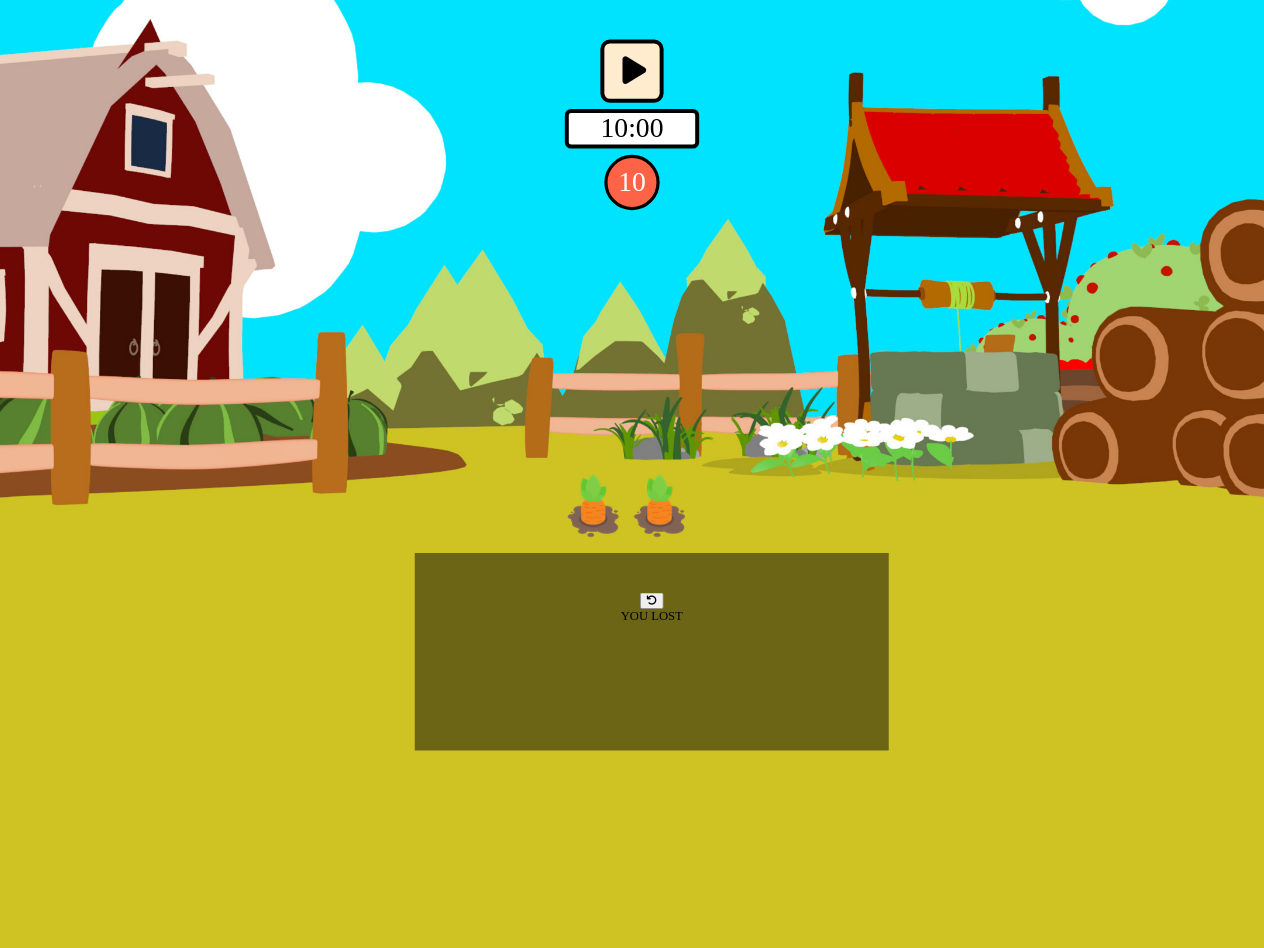
Repository: keehoonjung/Bug-Game
Page: index.html
An editor plug-in stored every save of this project. The page is shown before and after the next save, followed by the edit.
The browser window is 1280 px wide. The page is 1600 px wide, so the pictures cover 1600 px, including what lies to the right of the window. The pictures show the whole page, at 79% of full size.
Some web libraries are served in a nearby version.

Above is the page before, as saved 2021-08-10 11:09:32.

### index.html
<!DOCTYPE html>
<html lang="en">
<head>
    <meta charset="UTF-8">
    <meta http-equiv="X-UA-Compatible" content="IE=edge">
    <meta name="viewport" content="width=device-width, initial-scale=1.0">
    <title>Document</title>
    <link rel="stylesheet" href="style.css">
    <script src="main.js"></script>
    <script src="https://kit.fontawesome.com/a7a8d59961.js" crossorigin="anonymous"></script>
</head>
<body>
    <section class="container">
        <section class="header">
            <button class="play__btn">
                <i class="fas fa-play"></i>
            </button>
            <div class="timer">
                10:00
            </div>
            <div class="count">10</div>
        </section>
        <section class="playground">
            <img src="./img/carrot.png" alt="carrot">
            <img src="./img/carrot.png" alt="carrot">
        </section>
        <div class="popup">
            <button class="retry__btn">
                <i class="fas fa-undo"></i>
            </button>
            <div class="message">YOU LOST</div>
        </div>
    </section>
</body>
</html>

### style.css
* {
  box-sizing: border-box;
}

body {
  margin: 0;
  text-align: center;
}

.container {
  background: center/ cover no-repeat url(/img/background.png);
  width: 1600px;
  height: 1200px;
  margin: auto;
}

.header {
  height: 600px;
  padding-top: 50px;
}

.play__btn {
  width: 80px;
  height: 80px;
  background-color: blanchedalmond;
  font-size: 40px;
  border: 5px solid black;
  border-radius: 12px;
  padding-left: 12px;
  margin-bottom: 8px;
}

.timer {
  margin: auto;
  width: 170px;
  height: 50px;
  border: 5px solid black;
  border-radius: 8px;
  font-size: 35px;
  background-color: white;
  margin-bottom: 8px;
}

.count {
  margin: auto;
  width: 70px;
  height: 70px;
  background-color: tomato;
  border: 4px solid black;
  border-radius: 50%;
  font-size: 35px;
  padding: 11px 0;
  color: white;
}

.playground {
  height: 600px;
  width: 100%;
}

.popup {
  position: absolute;
  top: 700px;
  left: 525px;
  width: 600px;
  height: 250px;
  background-color: rgba(9, 9, 9, 0.5);
  padding-top: 50px;
}

.retry__btn {
}

Loaded but not shown: main.js (no copy from this time; the picture is the same without it)

After the next save:
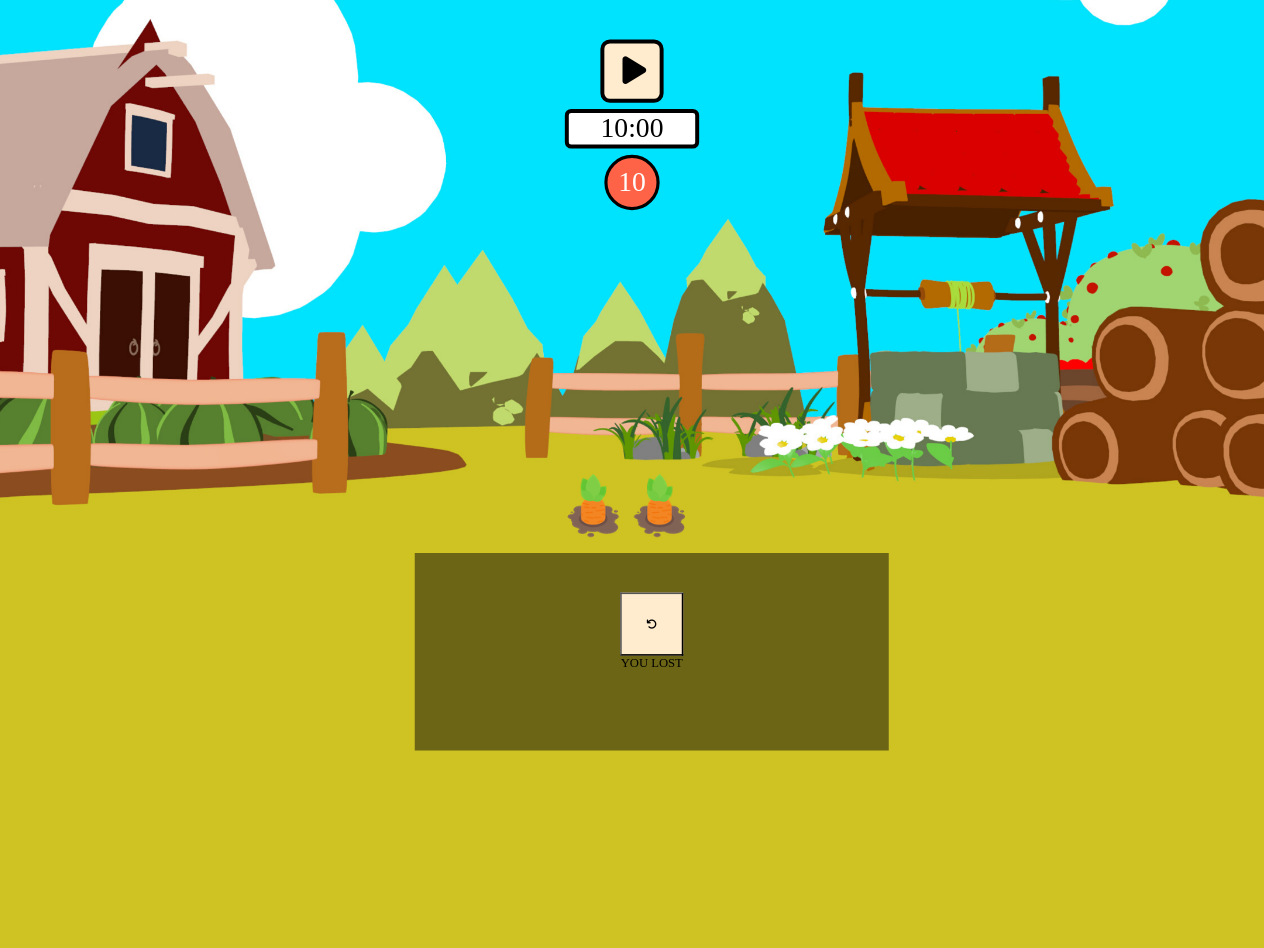
Saved 9 s later.
--- a/style.css
+++ b/style.css
@@ -69,4 +69,7 @@ body {
 }
 
 .retry__btn {
+  width: 80px;
+  height: 80px;
+  background-color: blanchedalmond;
 }
